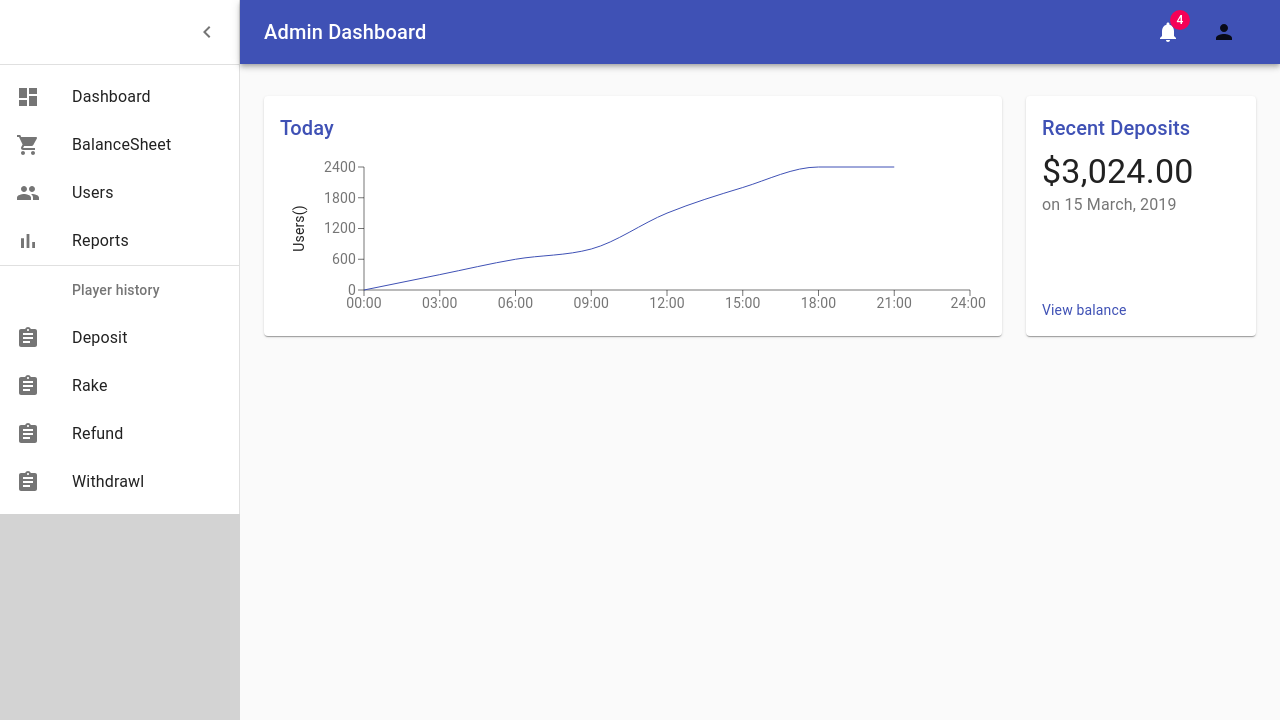
Repository: imayankbisht/ludofrontend
Page: /Dashboard
An editor plug-in stored every save of this project. The page is shown before and after the next save, followed by the edit.
The browser window is 1280 px wide. The pictures show the whole page.
The project was rebuilt for these pictures with package versions that can differ from the ones it lists, and the page was loaded fresh each time. Also part of the build but not shown: src/axios.js, src/components/login.js.

Above is the page before, as saved 2021-01-16 14:29:50.

After the next save:
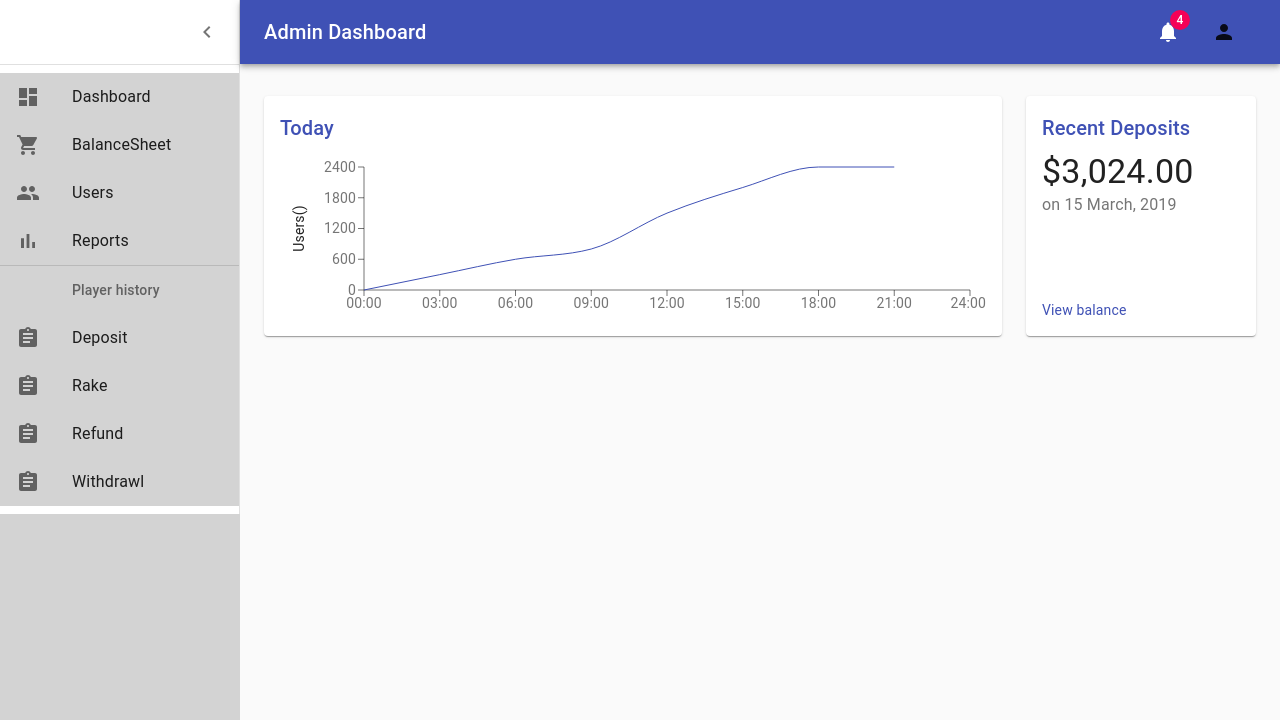
Saved 7 s later.
--- a/src/components/listItems.js
+++ b/src/components/listItems.js
@@ -13,7 +13,7 @@ import Box from '@material-ui/core/Box';
 import Divider from '@material-ui/core/Divider';
 
 export const mainListItems = (
-  <Box bgcolor="ligjtgray">
+  <Box bgcolor="lightgray">
   <div>
 
    <ListItem button>
